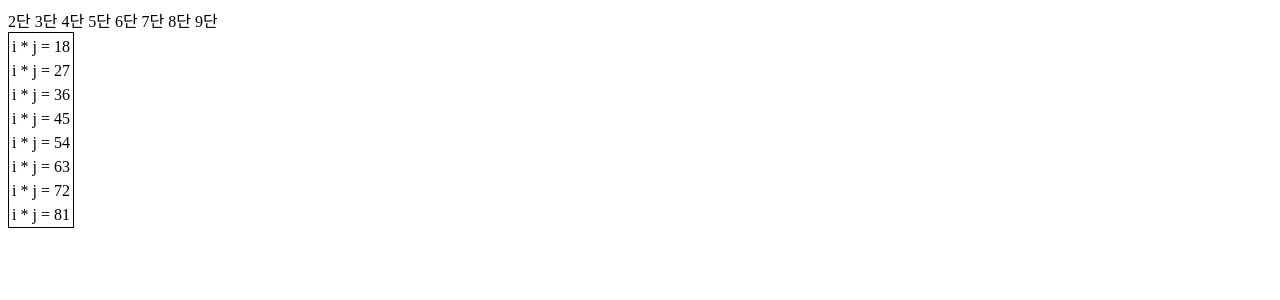
Repository: kkj68106810-dot/jsp2026
Page: http://localhost/chapter01/test02.jsp
The author's editor kept a copy of each file at every save. The page is drawn from the files as they stood at one save, then again after the next save.
The browser window is 1280 px wide. The pictures show the whole page.
The page is served by Tomcat 9.

Above is the page before, as saved 2026-10-16 04:21:29.

### chapter01/src/main/webapp/test02.jsp
<%@ page language="java" contentType="text/html; charset=UTF-8"
    pageEncoding="UTF-8"%>
<!DOCTYPE html>
<html>
<head>
<meta charset="UTF-8">
<title>Insert title here</title>
<style>
	table {
		border: 1px solid black;
	}
</style>
</head>
<body>
<!-- 구구단 2단부터 9단까지 -->

	<table>
		<tbody>

<%

	for(int i = 2; i <10; i++) {
		%><tr>
			<%= i %>단
		</tr>
	<%	for(int j = 1; j<10; j++) {

			if(j == 9) {
%>
		<td>
		i * j = <%=i*j%>
		</td>








<%
			}

		}
	}
%>


					</tbody>
				</table>





</body>
</html>

After the next save:
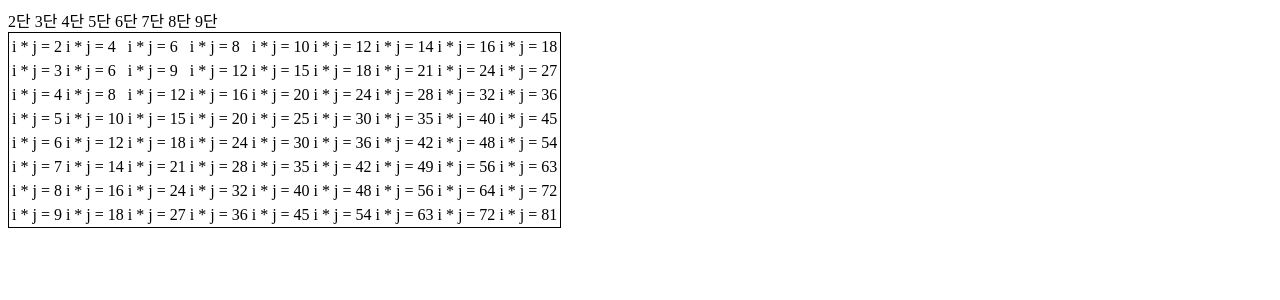
Saved 52 s later.
--- a/chapter01/src/main/webapp/test02.jsp
+++ b/chapter01/src/main/webapp/test02.jsp
@@ -25,7 +25,7 @@
 		</tr>
 	<%	for(int j = 1; j<10; j++) {
 
-			if(j == 9) {
+
 %>
 		<td>
 		i * j = <%=i*j%>
@@ -39,7 +39,7 @@
 
 
 <%
-			}
+
 
 		}
 	}
